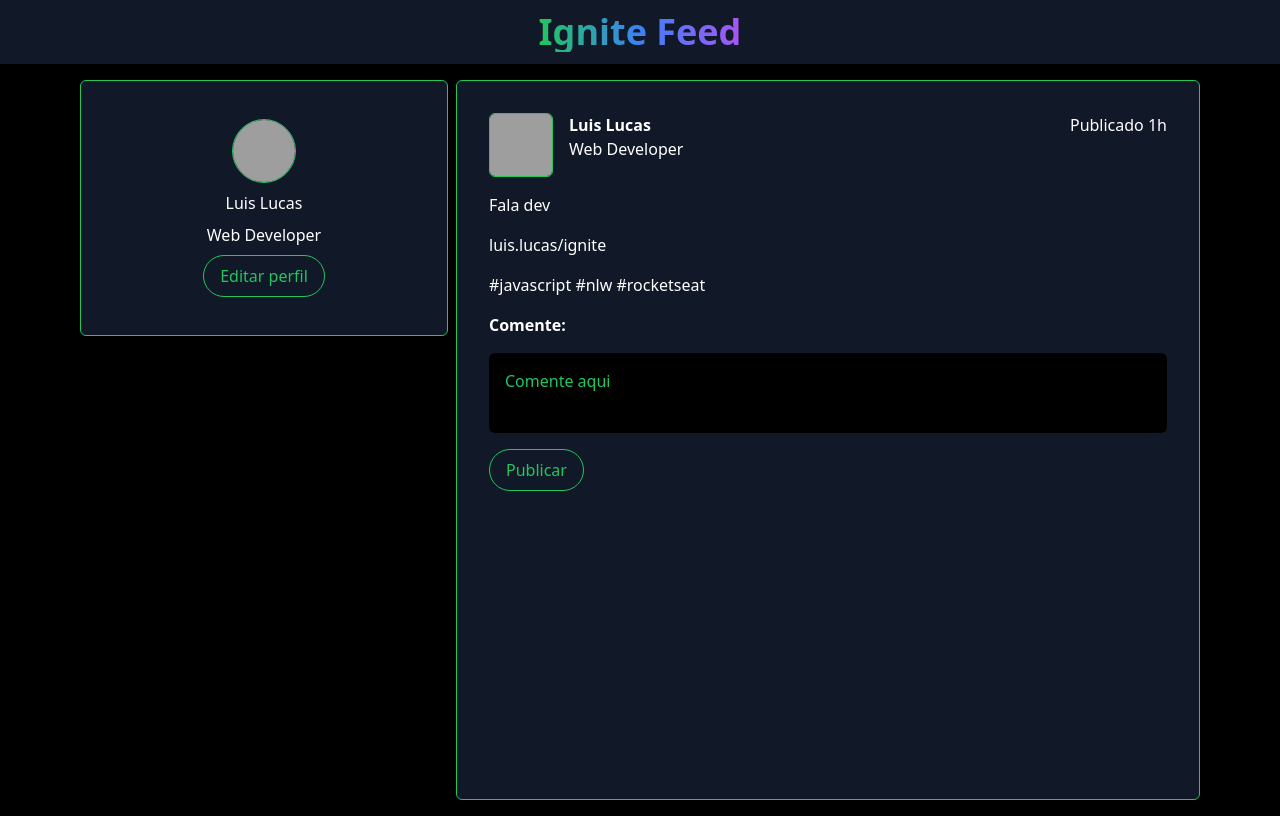
Repository: LuisSempre/ignite-feed
Page: /
These files come from the project's save history. The page is drawn as it stood at one moment and after the next save; the edit follows.
The browser window is 1280 px wide. The pictures show the whole page.
Pictures or frames that could not be fetched are drawn as grey boxes. The project was rebuilt for these pictures with package versions that can differ from the ones it lists, and the page was loaded fresh each time. Also part of the build but not shown: vite.config.js.

Above is the page before, as saved 2022-07-14 00:09:58.

After the next save:
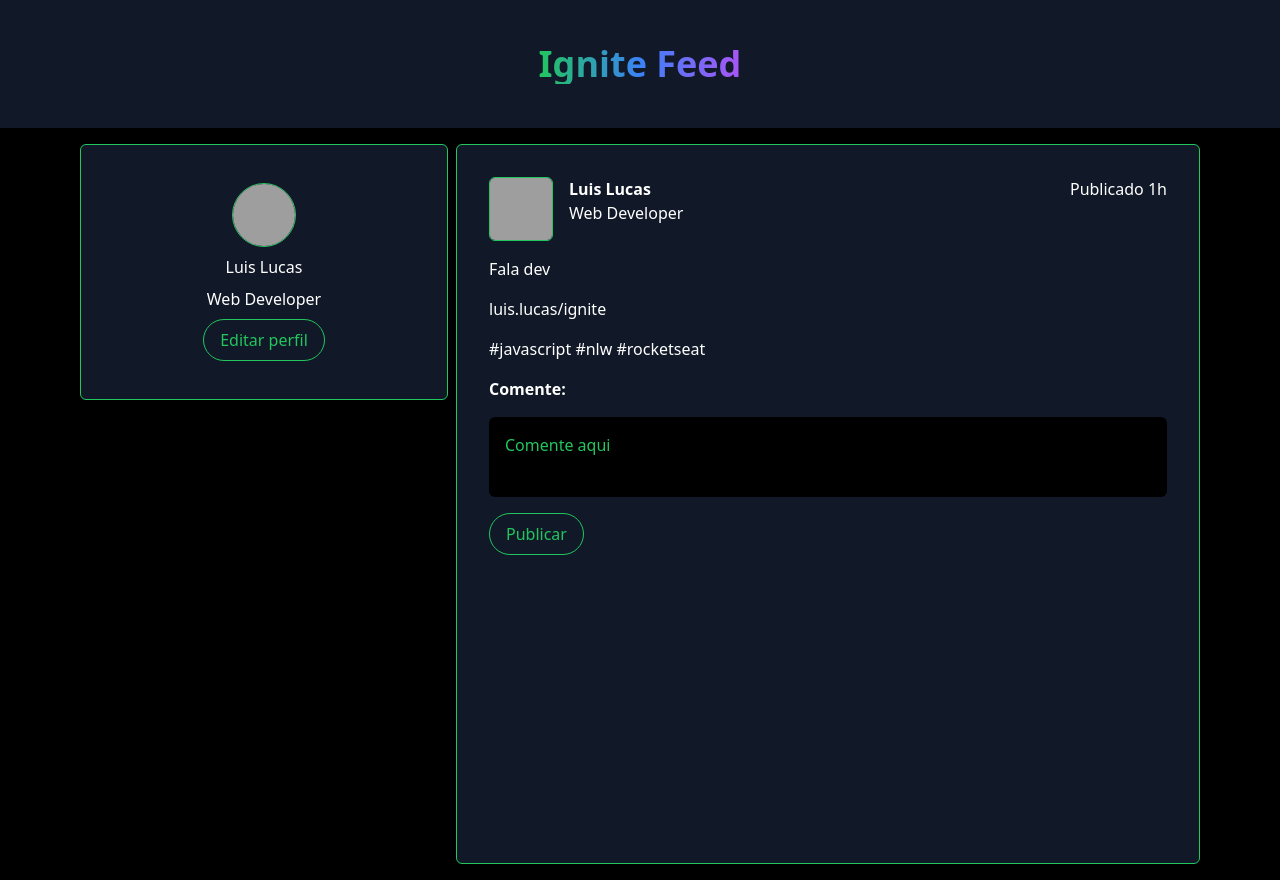
Saved 9 s later.
--- a/src/Components/Header.jsx
+++ b/src/Components/Header.jsx
@@ -1,6 +1,6 @@
 export function Header() {
   return (
-    <div className="flex items-center justify-center h-16 bg-gray-900 mx-auto w-full">
+    <div className="flex items-center justify-center h-32 bg-gray-900 mx-auto w-full">
       <h1 className="text-4xl font-bold text-transparent bg-clip-text bg-gradient-to-r from-green-500  via-blue-500 to-purple-500">Ignite Feed</h1>
     </div>
   )
